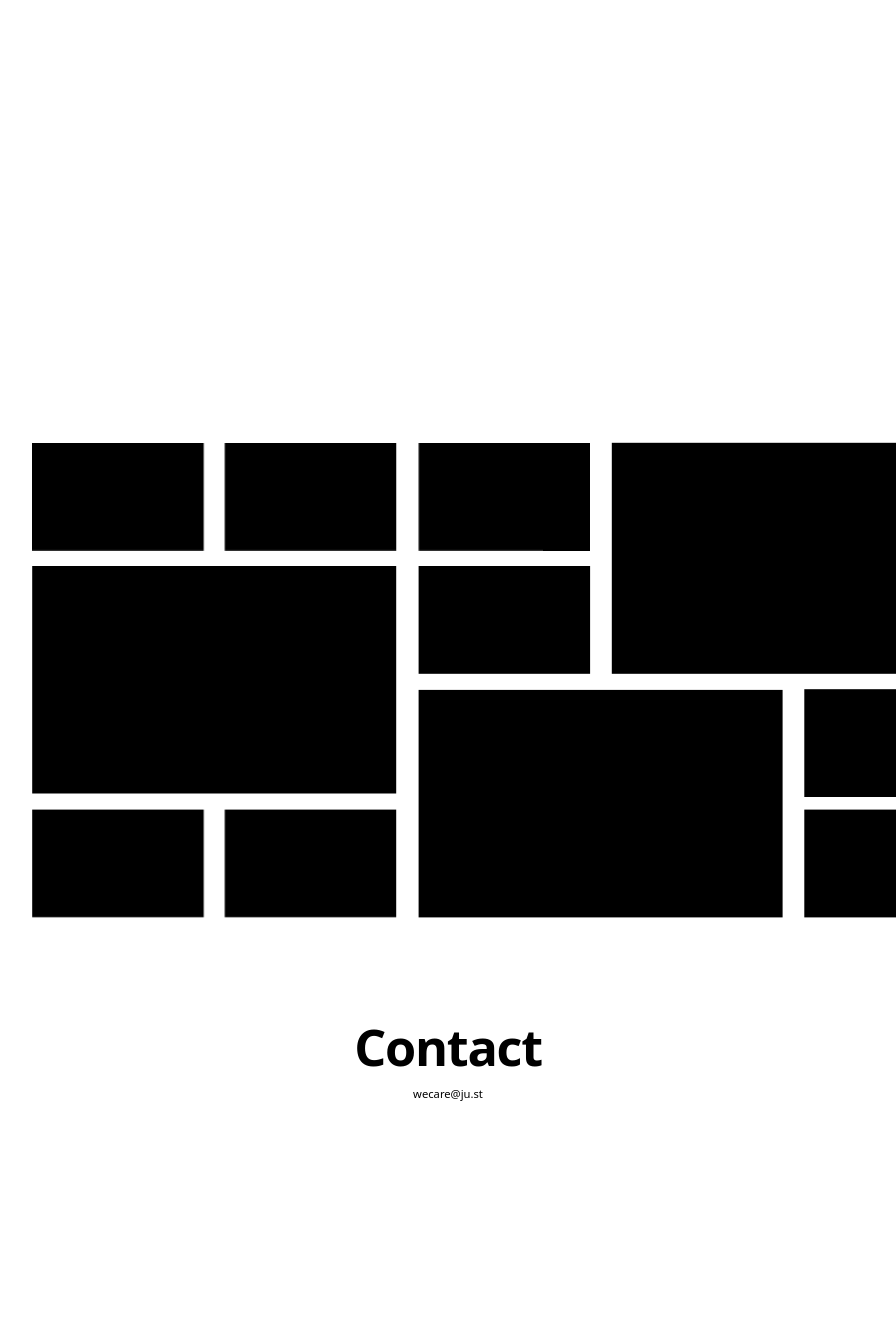
Repository: luiswoldu/personal
Page: /
An editor plug-in stored every save of this project. The page is shown before and after the next save, followed by the edit.
The browser window is 1280 px wide. The pictures show the part of the page from y = 852 to 2772 px (the page is 2841 px tall), at 70% of full size.
The project was rebuilt for these pictures with package versions that can differ from the ones it lists, and the page was loaded fresh each time. Also part of the build but not shown: vite.config.js.

Above is the page before, as saved 2025-01-08 21:38:02.

### index.html
<!doctype html>
<html lang="en">
  <head>
    <meta charset="UTF-8" />
    <link rel="icon" type="image/svg+xml" href="/vite.svg" />
    <meta name="viewport" content="width=device-width, initial-scale=1.0" />
    <link rel="preconnect" href="https://fonts.googleapis.com">
    <link rel="preconnect" href="https://fonts.gstatic.com" crossorigin>
    <link href="https://fonts.googleapis.com/css2?family=Montserrat:wght@400;700&display=swap" rel="stylesheet">
    <title>Vite + React</title>
  </head>
  <body>
    <div id="root"></div>
    <script type="module" src="/src/main.jsx"></script>
  </body>
</html>

### src/index.css
@tailwind base;
@tailwind components;
@tailwind utilities;

/* Reset all containers */
html, body, #root, #app {
  margin: 0 !important;
  padding: 0 !important;
  width: 100vw !important;
  max-width: 100vw !important;
  overflow-x: hidden !important;
}

.gallery-grid {
  width: fit-content;
  height: 750px;
  position: relative;
  margin: 0;
  padding: 24px;
  background-color: #ffffff;
}

.gallery-item {
  background-color: #000000;
  overflow: hidden;
  position: absolute;
  color: white;
  opacity: 1; /* Initially hidden */
  transform: translateY(20px); /* Initial position for animation */
  transition: opacity 0.8s ease-in-out, transform 0.8s ease-in-out; /* Animation on load */
}

/* Apply animation when the tile is in view */
.gallery-item.visible {
  opacity: 1;
  transform: translateY(0); /* Final position */
}

/* Base tile sizes */
.small-tile {
  width: 245px;
  height: 154px;
}

.large-tile {
  width: 520px;
  height: 325px;
}

/* First row - Adjusted gaps to align with large2 */
.small1 { left: 46px; top: 24px; }
.small2 { left: 321px; top: 24px; }
.small3 { left: 598px; top: 24px; }  /* Changed from 595px to 594px */
.large1 { left: 874px; top: 24px; }

/* Second row */
.large2 { left: 46px; top: 200px; }
.small6 { left: 598px; top: 200px; }

/* Third row - Adjusted gaps to align with large2 */
.small4 { left: 46px; top: 548px; }
.small5 { left: 321px; top: 548px; }
.large3 { left: 598px; top: 377px; }  /* Changed from 595px to 594px */

/* Vertically stacked beside large3 */
.small7 {
    left: 1149px;
    top: 376px;
}
.small8 {
    left: 1149px;
    top: 548px;
}
.large1 {
  left: 874px;
  top: 24px;
  height: 330px; /* Increased from 325px to 330px */
}

### src/App.jsx
import { useState } from 'react'
import './App.css'
import TabBar from './components/TabBar'
import ScrollTransformHeader from './components/ScrollTransformHeader.jsx'
import Introduction from './components/Introduction'
import Work from './components/Work'
import Contact from './components/Contact'
import Footer from './components/Footer.jsx'

function App() {
  return (
    <>
      <TabBar />
      <div style={{ paddingTop: '60px', margin: 0, padding: 0, width: '100%' }}>
        <ScrollTransformHeader />
        <Introduction />
        <Work />
        <Contact />
        <Footer />
      </div>
    </>
  );
}

export default App;

### src/components/TabBar.jsx
import React, { useState, useEffect } from 'react';

const TabBar = () => {
  const [activeSection, setActiveSection] = useState('none');

  useEffect(() => {
    const handleScroll = () => {
      const scrollY = window.scrollY;

      if (scrollY < 250) {
        setActiveSection('none');
      } else if (scrollY >= 250 && scrollY < 800) {
        setActiveSection('about');
      } else if (scrollY >= 800 && scrollY < 1760) {
        setActiveSection('work');
      } else if (scrollY >= 1760) {
        setActiveSection('contact');
      }
    };

    window.addEventListener('scroll', handleScroll);
    return () => window.removeEventListener('scroll', handleScroll);
  }, []);

  const getButtonStyle = (buttonName) => ({
    backgroundColor: '#f1f1f1',
    margin: '0 8px',
    padding: '15px 20px',
    paddingTop: '64px',
    paddingBottom: '40px',
    cursor: 'pointer',
    transition: 'all 0.3s ease',
    fontSize: '10.27px',
    fontFamily: 'ui-sans-serif, system-ui, -apple-system, BlinkMacSystemFont, "Segoe UI", Roboto, "Helvetica Neue", Arial, sans-serif',
    fontWeight: '700',
    textTransform: 'uppercase',
    color: activeSection === buttonName.toLowerCase() ? '#000' : '#999',
    border: 'none',
  });

  return (
    <div
      className="tab-bar"
      style={{
        backgroundColor: '#f1f1f1',
        minHeight: '60px',
        position: 'fixed',
        top: 0,
        left: 0,
        right: 0,
        zIndex: 9999,
        display: 'flex',
        justifyContent: 'center',
        alignItems: 'center',
      }}
    >
      <div style={{ display: 'flex', alignItems: 'center', gap: '16px' }}>
        <button style={getButtonStyle('about')}>ABOUT</button>
        <button style={getButtonStyle('work')}>WORK</button>
        <button style={getButtonStyle('contact')}>CONTACT</button>
      </div>
    </div>
  );
};

export default TabBar;

### src/components/ScrollTransformHeader.jsx
import { useState, useEffect } from 'react';

const ScrollTransformHeader = () => {
  const [scrollProgress, setScrollProgress] = useState(0);

  const initialWidth = 805;
  const initialHeight = 330;

  useEffect(() => {
    const handleScroll = () => {
      const progress = Math.min(window.scrollY / 400, 1);
      setScrollProgress(progress);
    };

    window.addEventListener('scroll', handleScroll);
    return () => window.removeEventListener('scroll', handleScroll);
  }, []);

  const getAnimatedDimensions = (progress) => {
    if (progress <= 0.5) {
      const normalizedProgress = progress * 2;
      return {
        width: initialWidth + (window.innerWidth - initialWidth) * normalizedProgress,
        height: initialHeight + (124 - initialHeight) * normalizedProgress
      };
    } else {
      const normalizedProgress = (progress - 0.5) * 2;
      return {
        width: window.innerWidth,
        height: 124 * (1 - normalizedProgress)
      };
    }
  };

  const dimensions = getAnimatedDimensions(scrollProgress);
  const translateY = -218 * scrollProgress;

  return (
    <div className="w-full min-h-[200vh] bg-white relative">
      <div
        className="fixed left-1/2 top-[40%] bg-black transition-transform duration-75 ease-out"
        style={{
          width: `${dimensions.width}px`,
          height: `${dimensions.height}px`,
          transform: `translate(-50%, ${translateY}px)`,
        }}
      >
        <img
          src="https://pbs.twimg.com/ext_tw_video_thumb/1858517907182878720/pu/img/1jUUxnTvvX4G4nta.jpg"  // Replace with the actual image URL
          alt="Your description"
          className="absolute top-0 left-0 w-full h-full object-cover"
          style={{
            transform: 'none',  // Ensure the image is not affected by the container's transform
          }}
        />
      </div>
    </div>
  );
};

export default ScrollTransformHeader;

### src/components/Introduction.jsx
import React, { useState, useEffect } from 'react';

const Introduction = () => {
  const [isVisible, setIsVisible] = useState(false);

  useEffect(() => {
    const handleScroll = () => {
      if (window.scrollY >= 50) {
        setTimeout(() => {
          setIsVisible(true);
        }, 200);
      } else {
        setIsVisible(false);
      }
    };

    window.addEventListener('scroll', handleScroll);
    return () => window.removeEventListener('scroll', handleScroll);
  }, []);

  return (
    <div
      style={{
        display: 'flex',
        justifyContent: 'center',
        alignItems: 'center',
        height: '50vh',
        padding: '0 20px',
        backgroundColor: 'white',
        opacity: isVisible ? 1 : 0,
        transition: 'opacity 0.2s ease-in',
        position: 'relative',
        zIndex: 1,
        marginTop: '-80vh',
        marginBottom: '30vh'
      }}
    >
      <p
        style={{
          maxWidth: '600px',
          textAlign: 'left',
          lineHeight: '1.6',
          fontSize: '18px',
          fontFamily: 'ui-sans-serif, system-ui, -apple-system, BlinkMacSystemFont, "Segoe UI", Roboto, "Helvetica Neue", Arial, sans-serif',
          color: '#666666',
          paddingTop: '60px',
          fontWeight: '400'
        }}
      >
        Welcome, I'm James Owen, a British artist and designer based in San Francisco.
        <br /><br />
        As a former Creative Director at ManvsMachine, I've collaborated with brands such as Apple, Nike, Google, and Xbox. Together, we created remarkable projects that garnered worldwide recognition, including D&AD Pencils, Cannes Gold Lions, and many more.
        <br /><br />
        Currently, I'm creating groundbreaking experiences with the Apple Design Team while consuming copious amounts of tea.
      </p>
    </div>
  );
};

export default Introduction;

### src/components/Work.jsx
import React from 'react';

const Work = () => {
  return (
    <div className="work-container">
      <div className="gallery-grid">
        {/* Small Tiles */}
        {[...Array(8)].map((_, index) => (
          <div
            key={index + 1}
            className={`gallery-item small-tile small${index + 1}`}
          />
        ))}

        {/* Large Tiles */}
        {[...Array(3)].map((_, index) => (
          <div
            key={index + 9}
            className={`gallery-item large-tile large${index + 1}`}
          />
        ))}
      </div>
    </div>
  );
};

export default Work;

### src/components/Contact.jsx
import React, { useEffect, useState } from 'react';
import { useInView } from 'react-intersection-observer';
import './Contact.css';

const Contact = () => {
  const [isLoaded, setIsLoaded] = useState(false);
  const [titleRef, titleInView] = useInView({
    triggerOnce: true,
    threshold: 0.6,
  });

  const [emailRef, emailInView] = useInView({
    triggerOnce: true,
    threshold: 0.6,
  });

  useEffect(() => {
    setIsLoaded(true);
  }, []);

  return (
    <div
      style={{
        height: '550px',
        backgroundColor: 'white',
        position: 'relative',
        zIndex: 1,
        margin: 0,
        padding: '120px 0 40px 0',
        width: '100%',
      }}
    >
      <h1
        ref={titleRef}
        className={`text-6xl md:text-7xl font-bold text-center tracking-tight ${
          isLoaded ? (titleInView ? 'animate-text' : 'hidden-text') : ''
        }`}
      >
        Contact
      </h1>

      <a
        ref={emailRef}
        href="mailto:wecare@ju.st"
        className={`block text-center mt-5 ${
          isLoaded ? (emailInView ? 'animate-email' : 'hidden-email') : ''
        }`}
      >
        wecare@ju.st
      </a>
    </div>
  );
};

export default Contact;

### src/components/Footer.jsx
import React from 'react';

const Footer = () => {
  return (
    <div
      style={{
        textAlign: 'center',
        fontSize: '14px',
        padding: '40px 0', // Increased padding for top and bottom
        color: '#555',
      }}
    >
      <a
        href="https://instagram.com"
        target="_blank"
        rel="noopener noreferrer"
        style={{
          textDecoration: 'none',
          color: '#555',
          margin: '0 10px',
        }}
      >
        Instagram
      </a>
      <a
        href="https://twitter.com"
        target="_blank"
        rel="noopener noreferrer"
        style={{
          textDecoration: 'none',
          color: '#555',
          margin: '0 10px',
        }}
      >
        X
      </a>
      <a
        href="https://linkedin.com"
        target="_blank"
        rel="noopener noreferrer"
        style={{
          textDecoration: 'none',
          color: '#555',
          margin: '0 10px',
        }}
      >
        LinkedIn
      </a>
    </div>
  );
};

export default Footer;

### src/components/Contact.css
/* Initial hidden state for both title and email */
.hidden-text, .hidden-email {
  opacity: 0;
  transform: translateY(20px);
  transition: opacity 0.8s ease-in-out, transform 0.8s ease-in-out;
}

/* Animation class for text and email */
.animate-text, .animate-email {
  opacity: 1;
  transform: translateY(0);
  transition: opacity 0.8s ease-in-out, transform 0.8s ease-in-out;
}

/* Optionally add more smoothness for the email animation */
.animate-email {
  transition-delay: 0.2s; /* Slight delay for the email */
}

/* Optional additional styling to make the email look better */
a {
  text-decoration: none;
  color: inherit;
}

Loaded but not shown: src/main.jsx (common file); src/App.css (common file); tailwind.config.js (common file)

After the next save:
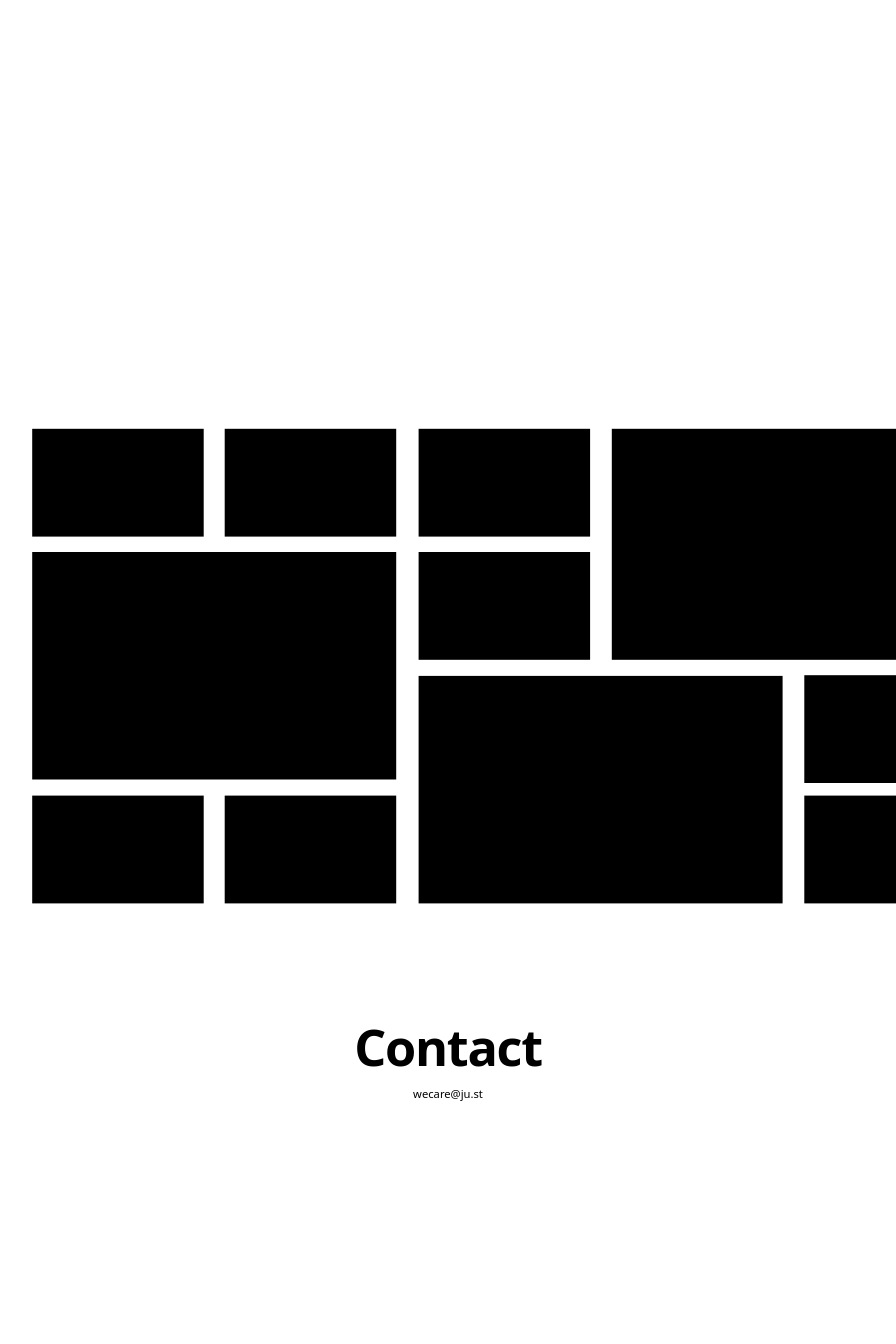
Saved 25 s later.
--- a/src/index.css
+++ b/src/index.css
@@ -25,15 +25,54 @@ html, body, #root, #app {
   overflow: hidden;
   position: absolute;
   color: white;
-  opacity: 1; /* Initially hidden */
+  opacity: 0; /* Initially hidden */
   transform: translateY(20px); /* Initial position for animation */
-  transition: opacity 0.8s ease-in-out, transform 0.8s ease-in-out; /* Animation on load */
+  animation: fadeInUp 0.8s ease-out forwards; /* Apply animation */
 }
 
-/* Apply animation when the tile is in view */
-.gallery-item.visible {
-  opacity: 1;
-  transform: translateY(0); /* Final position */
+/* Define keyframes for the fade-in-up animation */
+@keyframes fadeInUp {
+  0% {
+    opacity: 0;
+    transform: translateY(20px);
+  }
+  100% {
+    opacity: 1;
+    transform: translateY(0);
+  }
+}
+
+/* Apply staggered animation delays for each tile */
+.gallery-item:nth-child(1) {
+  animation-delay: 0s;
+}
+
+.gallery-item:nth-child(2) {
+  animation-delay: 0.1s;
+}
+
+.gallery-item:nth-child(3) {
+  animation-delay: 0.2s;
+}
+
+.gallery-item:nth-child(4) {
+  animation-delay: 0.3s;
+}
+
+.gallery-item:nth-child(5) {
+  animation-delay: 0.4s;
+}
+
+.gallery-item:nth-child(6) {
+  animation-delay: 0.5s;
+}
+
+.gallery-item:nth-child(7) {
+  animation-delay: 0.6s;
+}
+
+.gallery-item:nth-child(8) {
+  animation-delay: 0.7s;
 }
 
 /* Base tile sizes */
@@ -71,6 +110,7 @@ html, body, #root, #app {
     left: 1149px;
     top: 548px;
 }
+
 .large1 {
   left: 874px;
   top: 24px;
